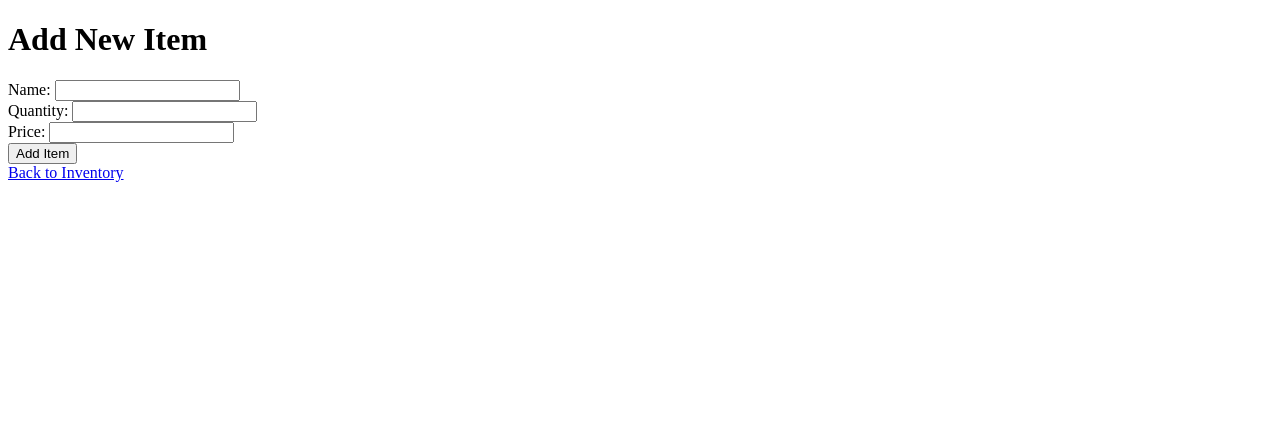
Repository: Stoldark/PLMUN
Page: http://localhost/add
These files come from the project's save history. The page is drawn as it stood at one moment and after the next save; the edit follows.
The browser window is 1280 px wide. The pictures show the whole page.
The page is served by the project's application, run on Flask 3 (tempCodeRunnerFile.py). The user the application loads for id 1 is signed in. The page reads the database file committed with the project.

Above is the page before, as saved 2024-09-07 23:08:38.

### templates/add.html
<!DOCTYPE html>
<html lang="en">
<head>
    <meta charset="UTF-8">
    <meta name="viewport" content="width=device-width, initial-scale=1.0">
    <title>Add Item</title>
</head>
<body>
    <h1>Add New Item</h1>
    <form action="{{ url_for('add_item') }}" method="post">
        <label for="name">Name:</label>
        <input type="text" id="name" name="name" required>
        <br>
        <label for="quantity">Quantity:</label>
        <input type="number" id="quantity" name="quantity" required>
        <br>
        <label for="price">Price:</label>
        <input type="number" id="price" name="price" step="0.01" required>
        <br>
        <button type="submit">Add Item</button>
    </form>
    <a href="/">Back to Inventory</a>
</body>
</html>

### tempCodeRunnerFile.py
from flask import Flask, render_template, request, redirect, session, url_for, flash, jsonify
from flask_wtf import FlaskForm
from wtforms import StringField, PasswordField, SubmitField
from wtforms.validators import DataRequired, Length
from flask_bcrypt import Bcrypt
from flask_login import LoginManager, UserMixin, login_user, logout_user, login_required, current_user
import sqlite3
import os

# Initialize Flask app
app = Flask(__name__)

# Set the secret key for session management
app.config['SECRET_KEY'] = 'your_secret_key'  # Change this to a secure key

# Initialize extensions
bcrypt = Bcrypt(app)
login_manager = LoginManager(app)
login_manager.login_view = 'login'

# Database connection function
def get_db_connection():
    conn = sqlite3.connect('inventory.db')
    conn.row_factory = sqlite3.Row
    return conn

# User model for Flask-Login
class User(UserMixin):
    def __init__(self, id, username, role):
        self.id = id
        self.username = username
        self.role = role

# User loader for Flask-Login
@login_manager.user_loader
def load_user(user_id):
    conn = get_db_connection()
    user = conn.execute('SELECT * FROM users WHERE id = ?', (user_id,)).fetchone()
    conn.close()
    if user:
        return User(user['id'], user['username'], user['role'])
    return None

# Registration form
class RegistrationForm(FlaskForm):
    username = StringField('Username', validators=[DataRequired(), Length(min=4, max=25)])
    password = PasswordField('Password', validators=[DataRequired(), Length(min=6, max=35)])
    role = StringField('Role', validators=[DataRequired()])
    submit = SubmitField('Register')

# Login form
class LoginForm(FlaskForm):
    username = StringField('Username', validators=[DataRequired()])
    password = PasswordField('Password', validators=[DataRequired()])
    submit = SubmitField('Login')

# Route to show inventory items
@app.route('/')
@login_required
def index():
    conn = get_db_connection()
    items = conn.execute('SELECT * FROM items').fetchall()
    conn.close()
    return render_template('index.html', items=items)

# Route to add an item
@app.route('/add', methods=('GET', 'POST'))
@login_required
def add_item():
    if request.method == 'POST':
        name = request.form['name']
        quantity = request.form['quantity']
        price = request.form['price']

        conn = get_db_connection()
        conn.execute('INSERT INTO items (name, quantity, price) VALUES (?, ?, ?)',
                     (name, quantity, price))
        conn.commit()
        conn.close()

        return redirect('/')
    return render_template('add.html')

# Route to edit an item
@app.route('/edit/<int:id>', methods=('GET', 'POST'))
@login_required
def edit_item(id):
    conn = get_db_connection()
    item = conn.execute('SELECT * FROM items WHERE id = ?', (id,)).fetchone()

    if request.method == 'POST':
        name = request.form['name']
        quantity = request.form['quantity']
        price = request.form['price']
        conn.execute('UPDATE items SET name = ?, quantity = ?, price = ? WHERE id = ?',
                     (name, quantity, price, id))
        conn.commit()
        conn.close()
        return redirect('/')

    conn.close()
    return render_template('edit.html', item=item)

# Route to delete an item
@app.route('/delete/<int:id>', methods=['POST'])
@login_required
def delete_item(id):
    conn = get_db_connection()
    conn.execute('DELETE FROM items WHERE id = ?', (id,))
    conn.commit()
    conn.close()
    return redirect('/')

# Registration route
@app.route('/register', methods=['GET', 'POST'])
def register():
    form = RegistrationForm()
    if form.validate_on_submit():
        username = form.username.data
        password = bcrypt.generate_password_hash(form.password.data).decode('utf-8')
        role = form.role.data

        conn = get_db_connection()
        conn.execute('INSERT INTO users (username, password, role) VALUES (?, ?, ?)',
                     (username, password, role))
        conn.commit()
        conn.close()

        flash('Registration successful! You can now log in.')
        return redirect(url_for('login'))
    return render_template('register.html', form=form)

# Login route
@app.route('/login', methods=['GET', 'POST'])
def login():
    form = LoginForm()
    if form.validate_on_submit():
        username = form.username.data
        password = form.password.data

        conn = get_db_connection()
        user = conn.execute('SELECT * FROM users WHERE username = ?', (username,)).fetchone()
        conn.close()

        if user and bcrypt.check_password_hash(user['password'], password):
            login_user(User(user['id'], user['username'], user['role']))
            return redirect('/')
        else:
            flash('Login Unsuccessful. Please check your username and password', 'danger')

    return render_template('login.html', form=form)

# Logout route
@app.route('/logout')
@login_required
def logout():
    logout_user()
    return redirect(url_for('index'))

# API Endpoint to get inventory items
@app.route('/api/items', methods=['GET'])
@login_required
def api_get_items():
    conn = get_db_connection()
    items = conn.execute('SELECT * FROM items').fetchall()
    conn.close()
    return jsonify([dict(item) for item in items])

# API Endpoint to add an item
@app.route('/api/items', methods=['POST'])
@login_required
def api_add_item():
    data = request.get_json()
    name = data.get('name')
    quantity = data.get('quantity')
    price = data.get('price')

    conn = get_db_connection()
    conn.execute('INSERT INTO items (name, quantity, price) VALUES (?, ?, ?)',
                 (name, quantity, price))
    conn.commit()
    conn.close()

    return jsonify({'message': 'Item added successfully'}), 201

# API Endpoint to update an item
@app.route('/api/items/<int:id>', methods=['PUT'])
@login_required
def api_update_item(id):
    data = request.get_json()
    name = data.get('name')
    quantity = data.get('quantity')
    price = data.get('price')

    conn = get_db_connection()
    conn.execute('UPDATE items SET name = ?, quantity = ?, price = ? WHERE id = ?',
                 (name, quantity, price, id))
    conn.commit()
    conn.close()

    return jsonify({'message': 'Item updated successfully'})

# API Endpoint to delete an item
@app.route('/api/items/<int:id>', methods=['DELETE'])
@login_required
def api_delete_item(id):
    conn = get_db_connection()
    conn.execute('DELETE FROM items WHERE id = ?', (id,))
    conn.commit()
    conn.close()

    return jsonify({'message': 'Item deleted successfully'})

# Run the app
if __name__ == "__main__":
    port = int(os.environ.get("PORT", 10000))  # Use PORT environment variable or default to 10000
    app.run(host="0.0.0.0", port=port, debug=True)

### inventory.db (the tables this page reads, as SQL)
CREATE TABLE users (
        id INTEGER PRIMARY KEY AUTOINCREMENT,
        username TEXT NOT NULL UNIQUE,
        password TEXT NOT NULL,
        role TEXT NOT NULL
    );
INSERT INTO "users" VALUES
(1, 'Stoldark', '$2b$12$i0Mqa5cea8pBbFSinmIz..4VJgBXWnnDkYt3rAqvmVrgWCwBsXl4O', 'Admin'),
(2, 'Eric', '$2b$12$5BeYiRheo2DNLGpAIdDfIu/9jeemr9oTFF9FkywKS857V6zqEPPLe', 'Admin'),
(3, 'Kalbo', '$2b$12$T4oBcnexPmFyclvAoOqXEOpTToENOdoxSlpFfb4sIZypqMPj9xq5a', 'Tester'),
(4, 'Panot', '$2b$12$c2CZ9X/TyyBEVZsK3EdareqkeAU/5fhJbGQMReyKLPc/TcnwLLZCS', 'Tester');

After the next save:
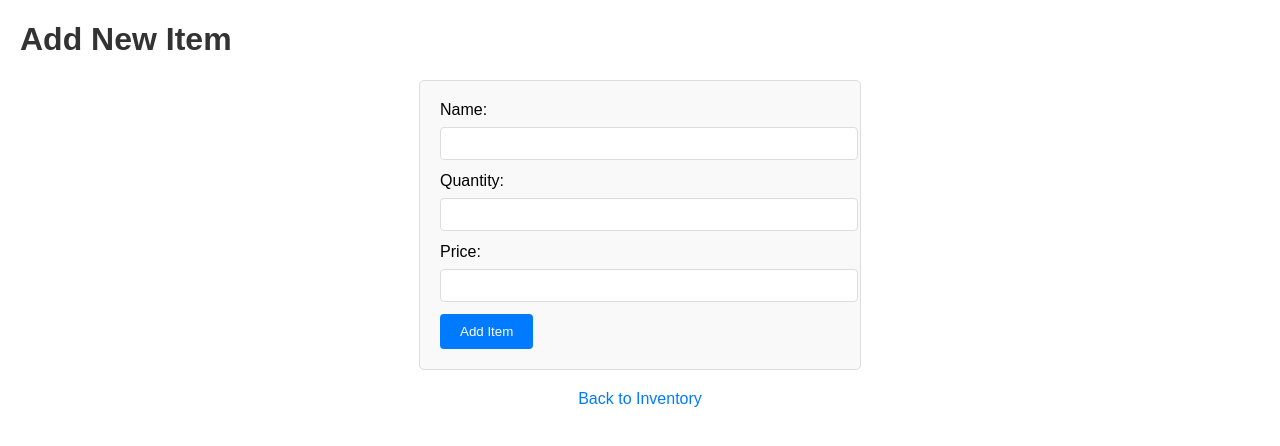
Saved 16 s later.
--- a/templates/add.html
+++ b/templates/add.html
@@ -4,19 +4,66 @@
     <meta charset="UTF-8">
     <meta name="viewport" content="width=device-width, initial-scale=1.0">
     <title>Add Item</title>
+    <style>
+        body {
+            font-family: Arial, sans-serif;
+            margin: 20px;
+            padding: 0;
+        }
+        h1 {
+            color: #333;
+        }
+        form {
+            max-width: 400px;
+            margin: 0 auto;
+            padding: 20px;
+            border: 1px solid #ddd;
+            border-radius: 5px;
+            background-color: #f9f9f9;
+        }
+        label {
+            display: block;
+            margin-bottom: 8px;
+        }
+        input[type="text"], input[type="number"] {
+            width: 100%;
+            padding: 8px;
+            margin-bottom: 12px;
+            border: 1px solid #ddd;
+            border-radius: 4px;
+        }
+        button {
+            background-color: #007bff;
+            color: white;
+            border: none;
+            padding: 10px 20px;
+            cursor: pointer;
+            border-radius: 4px;
+        }
+        button:hover {
+            background-color: #0056b3;
+        }
+        a {
+            display: block;
+            text-align: center;
+            margin-top: 20px;
+            text-decoration: none;
+            color: #007bff;
+        }
+    </style>
 </head>
 <body>
     <h1>Add New Item</h1>
     <form action="{{ url_for('add_item') }}" method="post">
         <label for="name">Name:</label>
         <input type="text" id="name" name="name" required>
-        <br>
+
         <label for="quantity">Quantity:</label>
         <input type="number" id="quantity" name="quantity" required>
-        <br>
+
         <label for="price">Price:</label>
         <input type="number" id="price" name="price" step="0.01" required>
-        <br>
+
         <button type="submit">Add Item</button>
     </form>
     <a href="/">Back to Inventory</a>
